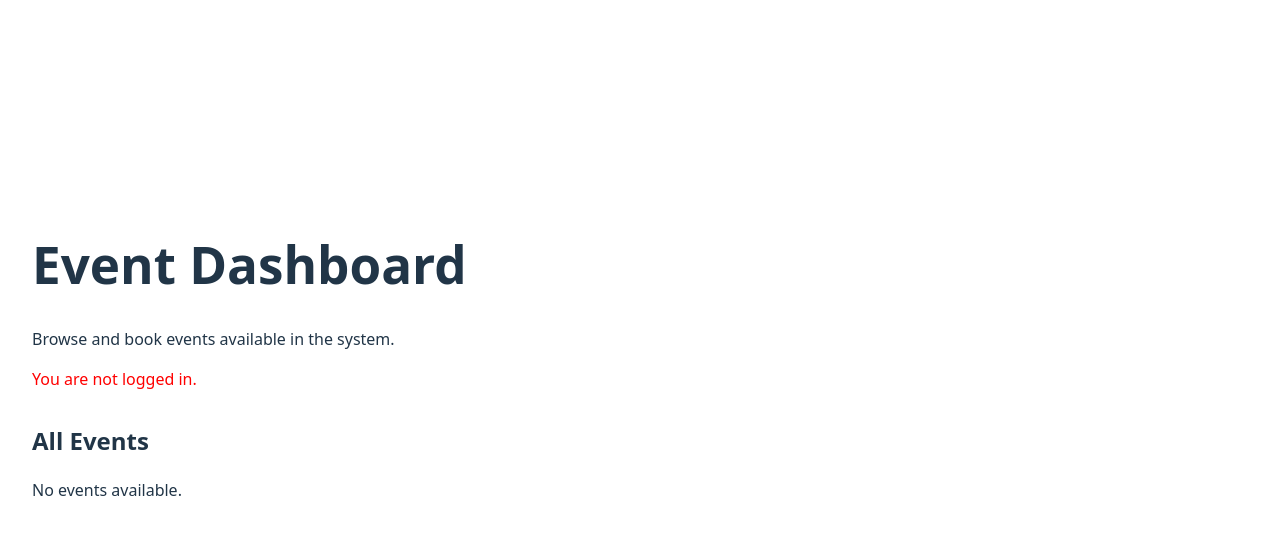
Repository: EphrahimLaanyu123/Karis
Page: /dashboard
The author's editor kept a copy of each file at every save. The page is drawn from the files as they stood at one save, then again after the next save.
The browser window is 1280 px wide. The pictures show the whole page.
The page's requests for data from a server got no answer. The project was rebuilt for these pictures with package versions that can differ from the ones it lists, and the page was loaded fresh each time. No one was signed in, and anything a server would have sent is missing. Also part of the build but not shown: vite.config.js, src/components/Auth.jsx, src/components/admin/Dashboard.jsx, src/components/admin/ProtectedAdminRoute.jsx.

Above is the page before, as saved 2025-05-16 22:17:17.

After the next save:
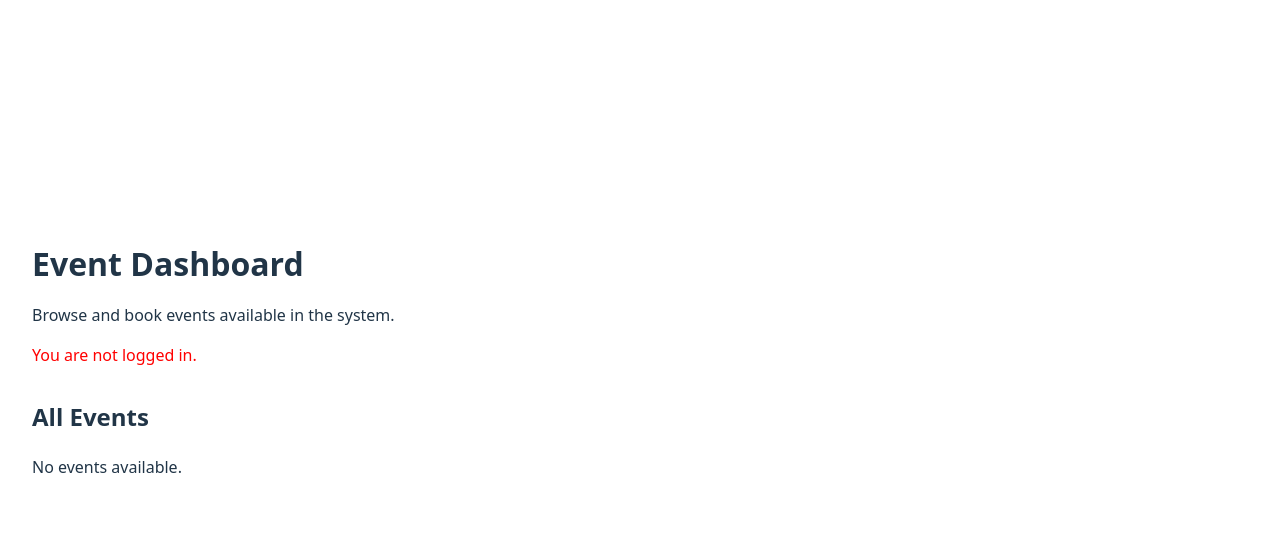
Saved 56 s later.
--- a/src/components/Dashboard.jsx
+++ b/src/components/Dashboard.jsx
@@ -99,12 +99,13 @@ const Dashboard = () => {
 
   return (
     <div style={{ padding: '2rem' }}>
-      <h1>Event Dashboard</h1>
+      <h1 style={{fontSize: '2rem'}}>
+        {user ? `Welcome ${user.email}` : "Event Dashboard"}
+        </h1>
       <p>Browse and book events available in the system.</p>
 
       {user ? (
         <p>
-          <strong>Welcome:</strong> {user.email} ({user._id}) {/* Display user email */}
           <button onClick={handleLogout}>Log out</button>
         </p>
       ) : (
